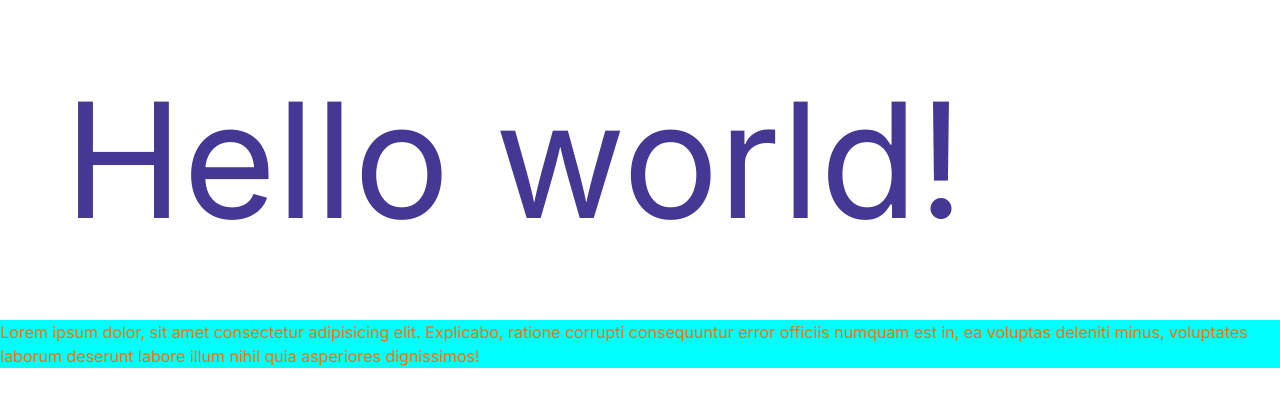
Repository: badhon252/Foodco
Page: index.html
The author's editor kept a copy of each file at every save. The page is drawn from the files as they stood at one save, then again after the next save.
The browser window is 1280 px wide. The pictures show the whole page.
The style sheet was rebuilt from its Sass, Less or Tailwind sources for each picture, by a compiler version that may differ from the author's.

Above is the page before, as saved 2022-09-19 22:37:32.

### index.html
<!DOCTYPE html>
<html lang="en">

<head>
    <meta charset="UTF-8">
    <meta http-equiv="X-UA-Compatible" content="IE=edge">
    <meta name="viewport" content="width=device-width, initial-scale=1.0">
    <!-- bootstrap cdn link  -->
    <!-- I'm using bootstrap 5 for this project, Let's code!  -->
    <!-- CSS only -->
    <link href="https://cdn.jsdelivr.net/npm/bootstrap@5.2.1/dist/css/bootstrap.min.css" rel="stylesheet"
        integrity="sha384-iYQeCzEYFbKjA/T2uDLTpkwGzCiq6soy8tYaI1GyVh/UjpbCx/TYkiZhlZB6+fzT" crossorigin="anonymous">

    <link rel="stylesheet" href="scss/style.css">
    <title>FoodCo</title>
</head>

<body>
    <!--
    <main id="header">
        <header class="container">

            <nav class="navbar navbar-expand-lg py-3">
                <div class="container-fluid">
                    <a class="navbar-brand" href="#"><img src="./image/logo.svg" alt=""></a>
                    <button class="navbar-toggler" type="button" data-bs-toggle="collapse" data-bs-target="#navbarNav"
                        aria-controls="navbarNav" aria-expanded="false" aria-label="Toggle navigation">
                        <span class="navbar-toggler-icon"></span>
                    </button>
                    <div class="collapse navbar-collapse" id="navbarNav">
                        <ul class="navbar-nav ms-auto py-3">
                            <li class="nav-item">
                                <a class="nav-link active" aria-current="page" href="#">Vouchers</a>
                            </li>
                            <li class="nav-item">
                                <a class="nav-link" href="#">Features</a>
                            </li>
                            <li class="nav-item">
                                <a class="nav-link" href="#">Pricing</a>
                            </li>
                            <li class="nav-item">
                                <a class="nav-link" href="">Blog</a>
                            </li>
                            <button class="btn">Contact us</button>
                        </ul>
                    </div>
                </div>
            </nav>

            <div class="header-content my-5">
                <div class="row">
                    <div class="col-lg-4 left_h_c">
                        <h1 class="my-3">All-time <span>Highest</span> Rated Recipes</h1>
                        <p class="my-5">We source sustainable & line caught <br> seafood, as well as live crustaceans
                            <br>
                            everyday.
                        </p>
                        <div class="app-link">
                            <img class="img-fluid" src="./image/app_store.svg" alt="">
                            <img class="img-fluid mx-3" src="./image/Playstore.svg" alt="">
                        </div>
                    </div>
                    <div class="col-lg-8 right_h_c py-5">
                        <div class="card">
                            <img src="./image/Group 18525.svg" alt="" class="ms-auto head-avatar">
                            <img src="image/image-405@2x.png" alt="" class="burger">
                            <img src="image/Frame 1.svg" alt="" class="order-card">
                            <img src="image/Frame 4167.svg" alt="" class="food-card">
                        </div>
                    </div>
                </div>
            </div>
        </header>
    </main> -->

    <!--
    <section class="second-section container">
        <div class="row py-5">
            <img src="./image/image 138.svg" alt="" class="col">
            <img src="./image/image 139.svg" alt="" class="col">
            <img src="./image/image 140.svg" alt="" class="col">
            <img src="./image/image 141.svg" alt="" class="col">
            <img src="./image/image 142.svg" alt="" class="col">
            <img src="./image/image 143.svg" alt="" class="col">
            <img src="./image/image 144.svg" alt="" class="col">
        </div>
    </section> -->

    <!-- <section class="third-section container">
        <h5 class="mt-4">Who We are</h5>
        <h2 class="my-4">Creating Events to Remember</h2>
        <article class="my-4">
            At White Table Catering, we are passionate about creating <br> meaningful celebrations and memorable
            occasions.
        </article>
        <div class="foot_items my-5">
            <div class="row">
                <div class="col-lg-4">
                    <img src="./image/rectangle-37992@2x.png" class="img-fluid" alt="">
                    <article class="px-3 py-5">
                        On branch level, you can specify which items and options to show as well as you can specify
                        their
                        prices.
                    </article>
                    <button class="btn btn-outline-dark">Explore</button>
                </div>
                <div class="col-lg-4">
                    <img src="./image/rectangle-3799@2x.png" class="img-fluid" alt="">
                    <article class="px-3 py-5">
                        Add your branches and their locations so your customers can find them for pickup orders.
                    </article>
                    <button class="btn ">Explore</button>
                </div>
                <div class="col-lg-4">
                    <img src="./image/rectangle-37991@2x.png" class="img-fluid" alt="">
                    <article class="px-3 py-5">
                        Link each branch with the zones it delivers to and define delivery fees and minimum order
                        for
                        each zone.
                    </article>
                    <button class="btn">Explore</button>
                </div>
            </div>
        </div>
    </section> -->


    <h1 class="hello-world">Hello world!</h1>
    <p id="para">Lorem ipsum dolor, sit amet consectetur adipisicing elit. Explicabo, ratione corrupti consequuntur
        error officiis
        numquam est in, ea voluptas deleniti minus, voluptates laborum deserunt labore illum nihil quia asperiores
        dignissimos!</p>



    <!-- bootstrap@5 js link  -->
    <script src="index.js"></script>
</body>

</html>

### scss/style.scss
@import url("https://fonts.googleapis.com/css2?family=Inter:wght@400;600;700;800;900&display=swap");
@font-face {
  font-family: circular;
  src: url(../fonts/Circular_Std_Font.otf);
}
@font-face {
  font-family: AirbnbCereal_W_Bd;
  src: url(../fonts/AirbnbCereal_W_Bd.otf);
}
@font-face {
  font-family: AirbnbCereal_W_Bk;
  src: url(../fonts//AirbnbCereal_W_Bk.otf);
}
@font-face {
  font-family: AirbnbCereal_W_Blk;
  src: url(../fonts/AirbnbCereal_W_Blk.otf);
}
@font-face {
  font-family: AirbnbCereal_W_Lt;
  src: url(../fonts/AirbnbCereal_W_Lt.otf);
}
@font-face {
  font-family: AirbnbCereal_W_Md;
  src: url(../fonts/AirbnbCereal_W_Md.otf);
}
@font-face {
  font-family: AirbnbCereal_W_XBd;
  src: url(../fonts/AirbnbCereal_W_XBd.otf);
}
* {
  margin: 0;
  padding: 0;
  box-sizing: border-box;
  font-family: "Inter", sans-serif;
  //   font-family: circular;
}
// .container {
//   margin: 2rem 14rem;
// }
// .btn,
// .link {
//   cursor: pointer;
// }
.link {
  text-decoration: none;
  color: #453794;
}
.btn {
  outline: none;
  border: none;
  padding: 12px 25px;
  font-size: 1rem;
  font-weight: 400;
}
.active {
  color: #353237 !important;
}
li {
  list-style-type: none;
}
.py-1 {
  padding: 1rem 0;
}
.py-2 {
  padding: 2rem 0;
}
.py-3 {
  padding: 3rem 0;
}
.py-4 {
  padding: 4rem 0;
}
.my-1 {
  margin: 1rem 0;
}
.my-1 {
  margin: 1rem 0;
}
.my-2 {
  margin: 2rem 0;
}
.my-3 {
  margin: 3rem 0;
}
.my-4 {
  margin: 4rem 0;
}
.my-5 {
  margin: 5rem 0;
}

// =======================
//===========================
#header {
  background-color: #fff5f2;

  .navbar {
    .navbar-nav {
      align-items: center;
      .nav-item {
        margin: 0 1.5rem;
        .nav-link {
          font-weight: 500;
          font-size: 1rem;
          line-height: 20px;
          text-transform: uppercase;
          color: #9a97a1;
          //   color: #353237;
          &:hover {
            color: #353237;
          }
        }
      }
      .btn {
        background-color: #7b4cdf;
        border-radius: 20.5px;
        color: #fff;
        margin-left: 2rem;
        padding: 11px 21px;
      }
    }
  }

  .header-content {
    .left_h_c {
      align-self: center;
    }
    h1 {
      font-weight: 700;
      font-size: 56px;
      line-height: 66px;
      /* or 118% */
      color: #353237;
      span {
        color: #ff6b01;
      }
    }
    p {
      font-weight: 450;
      font-size: 18px;
      line-height: 28px;
      /* or 156% */
      color: #9a97a1;
    }
    .card {
      background: none;
      border: none;
      margin-bottom: 5rem;
      .head-avatar {
        position: relative;
        z-index: 11;
      }
      .burger,
      .order-card,
      .food-card {
        position: absolute;
        z-index: 11111;
      }
      .burger {
        width: 120px;
        height: auto;
        left: 230px;
        z-index: 1;
      }
      .order-card {
        // position: absolute;
        max-width: 300px;
        height: auto;
        top: 392px;
        left: 177px;
        bottom: 0;
      }
      .food-card {
        // position: absolute;
        right: -20px;
        bottom: -127px;
      }
    }
  }
}

.second-section {
  background-color: #fff;
  .row {
    display: flex;
  }
  img {
    max-width: 200px;
    height: auto;
    transition: 0.7s;
    filter: grayscale(100%) !important;
    &:hover {
      filter: grayscale(0%) !important;
    }
  }
}

.third-section {
  padding: 4rem 0;
  text-align: center;
  h5 {
    color: #ff6b01;
    font-size: 1rem;
    line-height: 20px;
  }
  h2 {
    font-family: "AirbnbCereal_W_Bd";
    font-style: normal;
    font-weight: 500;
    font-size: 36px;
    line-height: 47px;
    /* identical to box height */

    text-align: center;

    color: #353237;
  }
  article {
    font-family: "inter";
    font-style: normal;
    font-weight: 500;
    font-size: 1.2rem;
    line-height: 28px;
    color: #9a97a1;
  }
  .btn {
    border: 1px solid #7b4cdf;
    border-radius: 19.5px;
    padding: 10px 30px;
    font-weight: 600;
    &:hover {
      background: #7b4cdf;
      color: #fff;
    }
  }
}

.hello-world {
  color: #453794;
  font-size: 10rem;
  margin: 4rem;
}

#para {
  color: #ff6b01;
  background-color: cyan;
}

Loaded but not shown: index.js (4197 lines, source omitted)

After the next save:
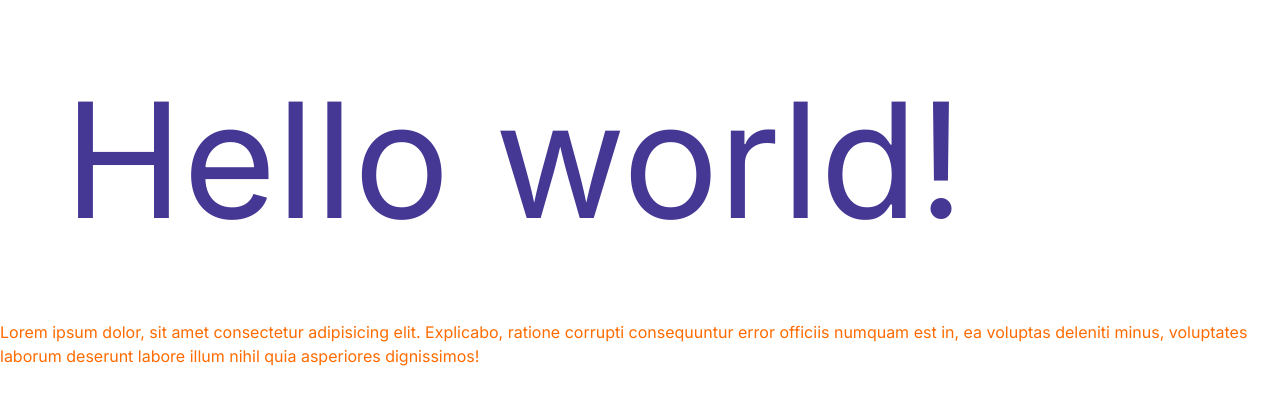
Saved 8 s later.
--- a/scss/style.scss
+++ b/scss/style.scss
@@ -243,5 +243,4 @@
 
 #para {
   color: #ff6b01;
-  background-color: cyan;
-}
+}
